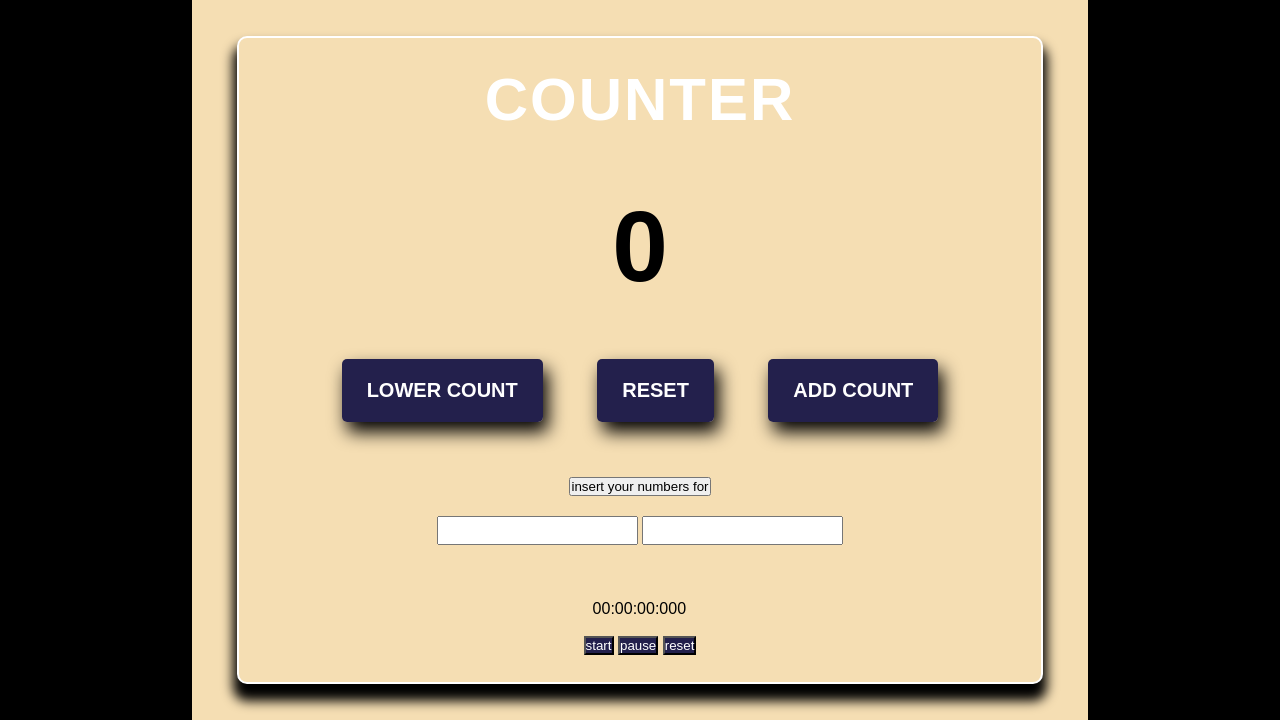
Repository: Seryozha02/Calculator
Page: calculator.html
The author's editor kept a copy of each file at every save. The page is drawn from the files as they stood at one save, then again after a run of saves.
The browser window is 1280 px wide. The pictures show the whole page.

Above is the page before, as saved 2022-02-15 13:19:31.

After the next 4 saves:
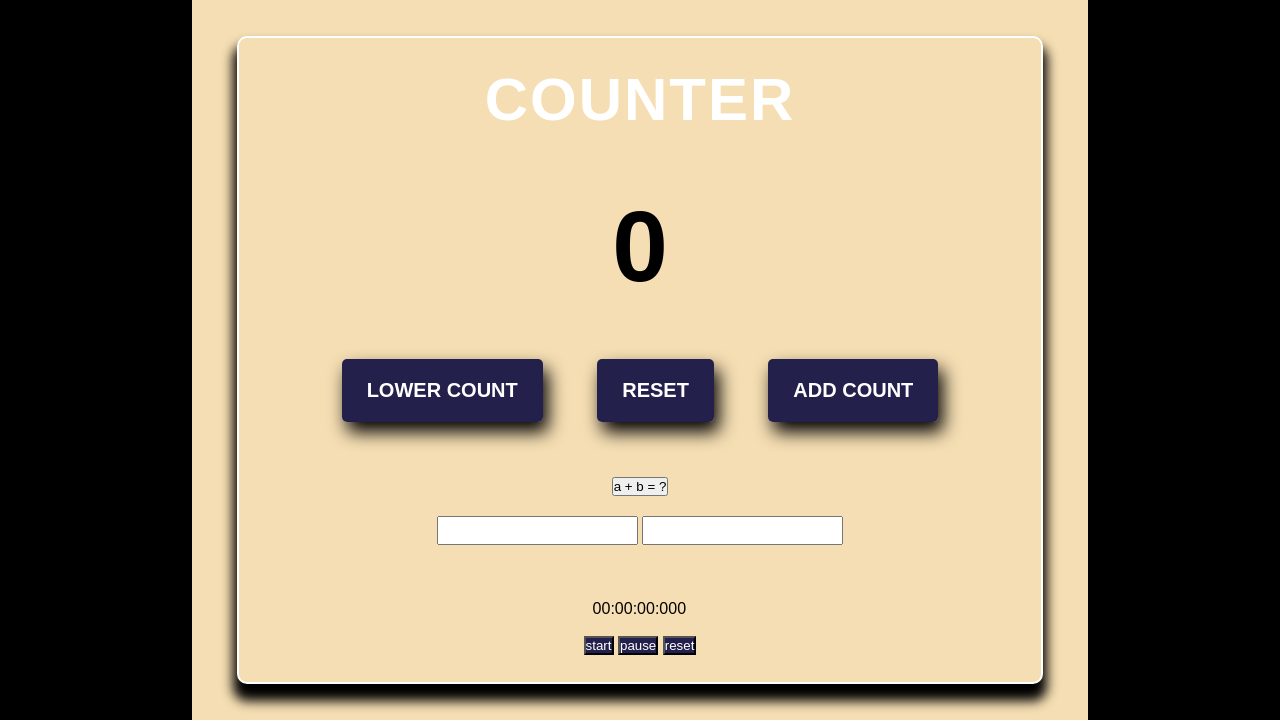
The 4 saves are shown as one change because they came seconds apart.
The last was saved 13 s later.
--- a/calculator.html
+++ b/calculator.html
@@ -23,7 +23,7 @@
                     <button class="rightButton">ADD COUNT</button>
                 </div>
                 <div class="addABParent">
-                    <button class="addAB">insert your numbers for </button>
+                    <button class="addAB">a + b = ?</button>
                     <input type="number" id="inputNum1"><span class="plyus"></span>
                     <input type="number" id="inputNum2"><span class="equals"></span>
                     <span id="valueOfSum"></span>
